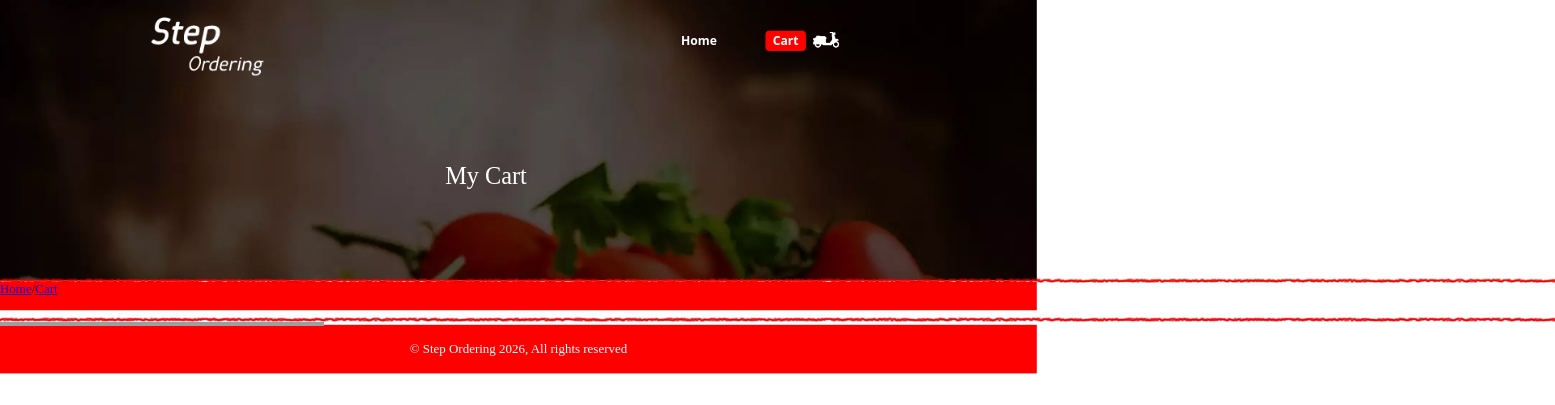
Repository: anastasia29-step/OnlineRestaurant
Page: Cart.html
An editor plug-in stored every save of this project. The page is shown before and after the next save, followed by the edit.
The browser window is 1280 px wide. The page is 1920 px wide, so the pictures cover 1920 px, including what lies to the right of the window. The pictures show the whole page, at 81% of full size.
Pictures or frames that could not be fetched are drawn as grey boxes.

Above is the page before, as saved 2026-03-11 20:31:59.

After the next save:
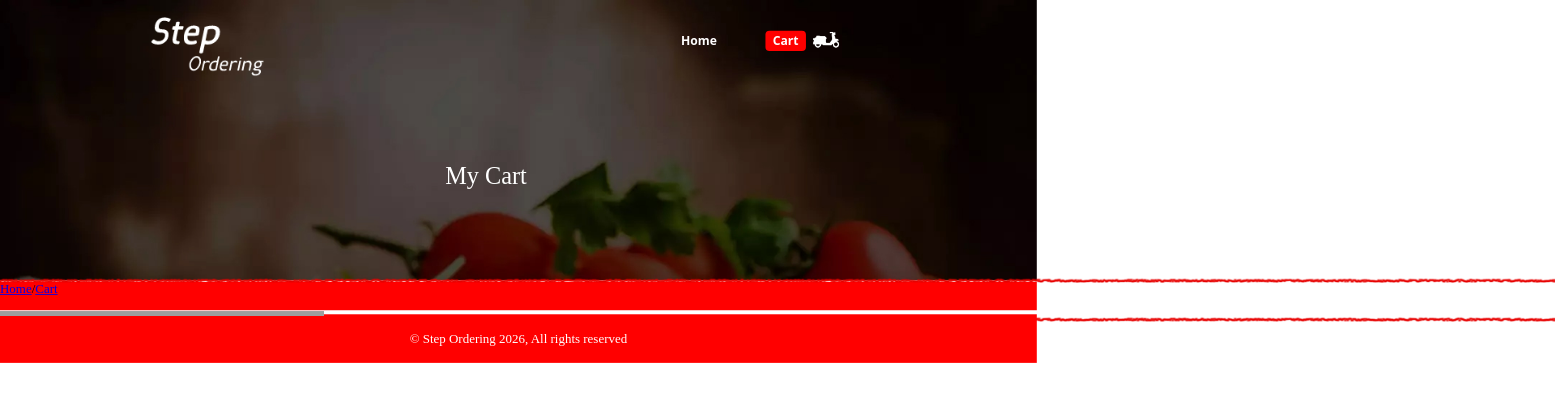
Saved 22 s later.
--- a/cart.css
+++ b/cart.css
@@ -17,3 +17,8 @@
     height: 5px;
     margin-top: -11px;
 }
+
+.secondimg {
+    width: 100%;
+    height: 5px;
+}
